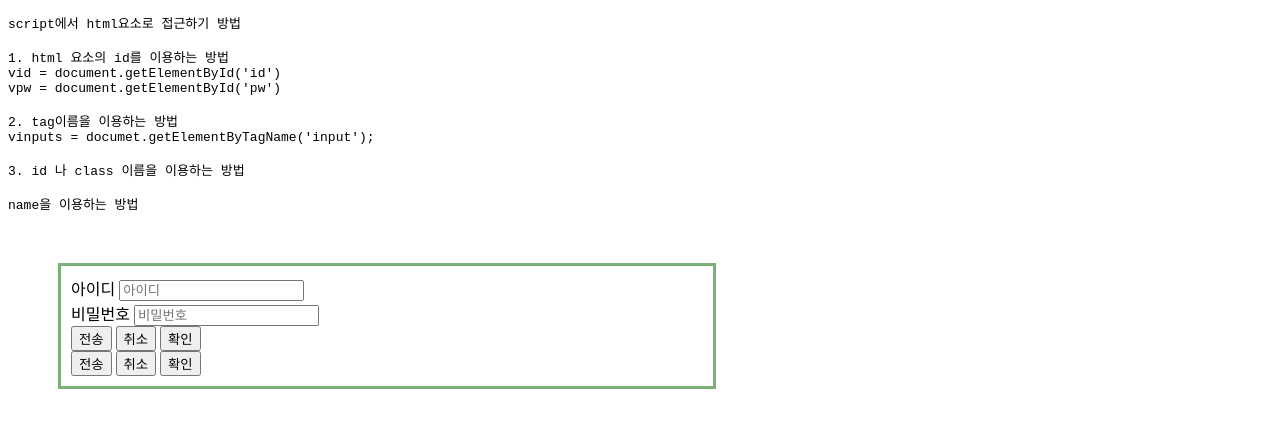
Repository: choidazzi/DDIT
Page: web programming/html/webpro/src/main/webapp/0421/입력테스트1.html
The author's editor kept a copy of each file at every save. The page is drawn from the files as they stood at one save, then again after the next save.
The browser window is 1280 px wide. The pictures show the whole page.

Above is the page before, as saved 2023-04-21 03:44:44.

After the next save:
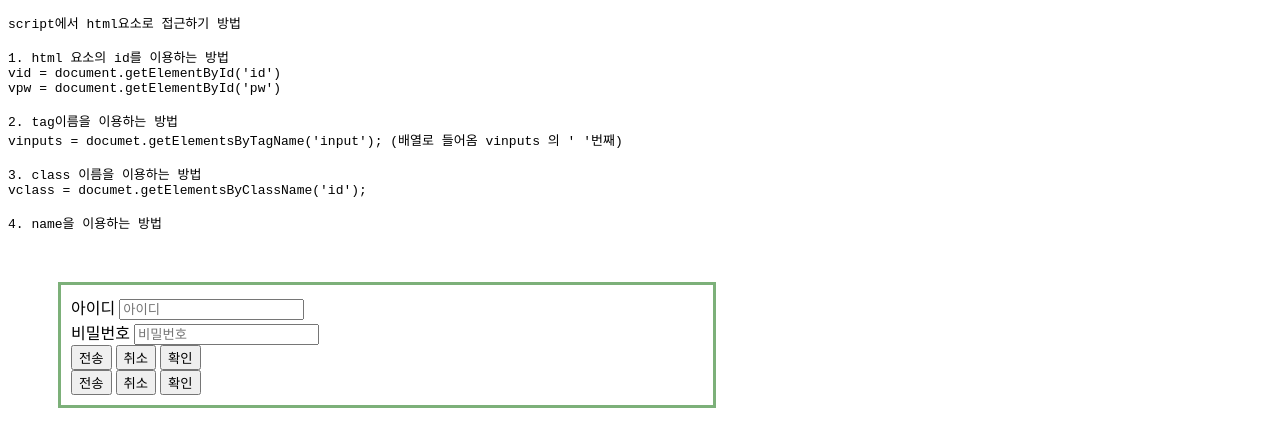
Saved 2 min 40 s later.
--- a/web programming/html/webpro/src/main/webapp/0421/입력테스트1.html
+++ b/web programming/html/webpro/src/main/webapp/0421/입력테스트1.html
@@ -30,11 +30,12 @@ vid = document.getElementById('id')
 vpw = document.getElementById('pw')
 
 2. tag이름을 이용하는 방법
-vinputs = documet.getElementByTagName('input');
+vinputs = documet.getElementsByTagName('input'); (배열로 들어옴 vinputs 의 ' '번째)
 
-3. id 나 class 이름을 이용하는 방법
+3. class 이름을 이용하는 방법
+vclass = documet.getElementsByClassName('id');
 
-name을 이용하는 방법
+4. name을 이용하는 방법
 </pre>
 	<form action="입력처리1.jsp" method="get">
 		아이디 <input type="text" id="id" class="id" name="id" placeholder="아이디"> <br>
